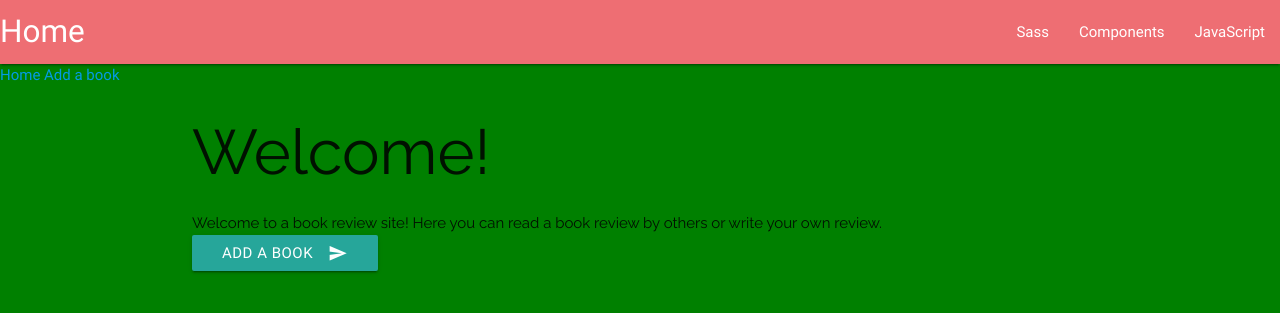
Repository: h8130084/bookReview
Page: http://localhost/
The author's editor kept a record of every edit. The page is drawn from the files as they stood at one moment, then again after the next edit.
The browser window is 1280 px wide. The pictures show the whole page.
Some web libraries are served in a nearby version. The page is served by the project's application, run on Flask 3 (app.py). Queries for data that is not in the repository find no rows.

Above is the page before.
Console error: ReferenceError: M is not defined

After the next edit:
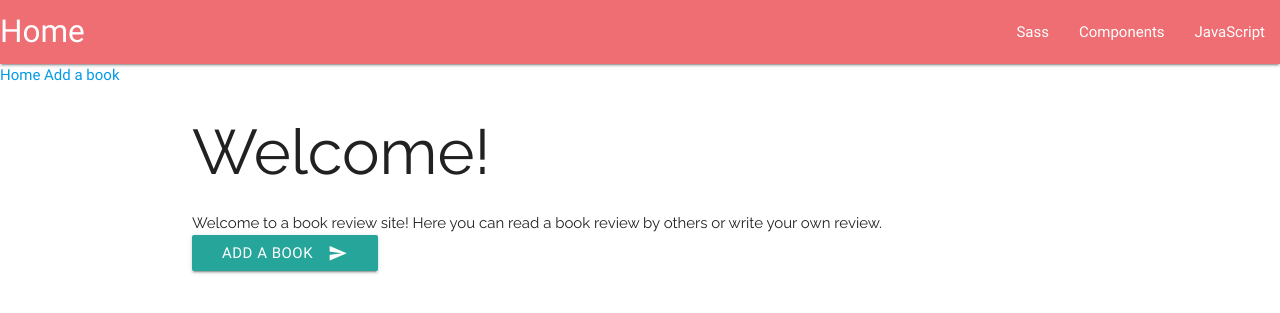
The edit:
--- a/static/style.css
+++ b/static/style.css
@@ -1,8 +1,8 @@
 @import url('https://fonts.googleapis.com/css?family=Raleway&display=swap');
 
-body{
-    background-color: green;
-}
+/*body{*/
+/*    background-color: green;*/
+/*}*/
 
 .footer{
     background-color: red;
